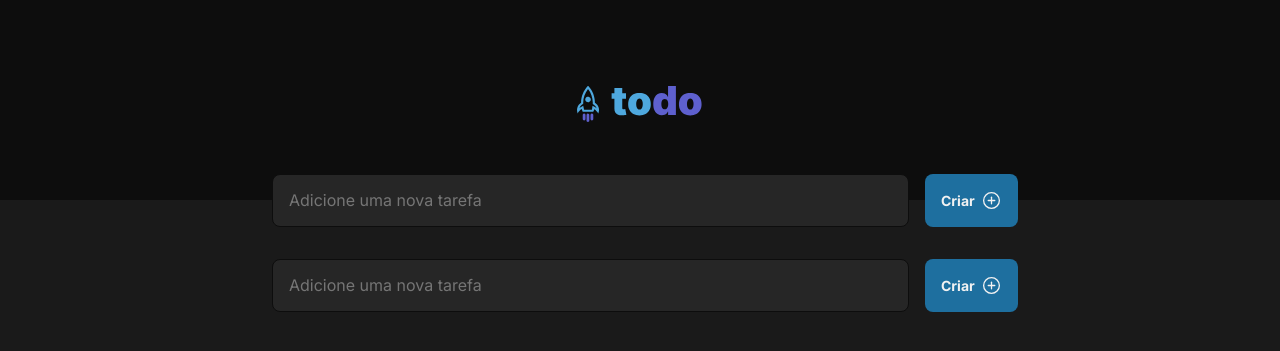
Repository: viniimartins/ToDoListROCKETSEAT
Page: /
An editor plug-in stored every save of this project. The page is shown before and after the next save, followed by the edit.
The browser window is 1280 px wide. The pictures show the whole page.
The project was rebuilt for these pictures with package versions that can differ from the ones it lists, and the page was loaded fresh each time. Also part of the build but not shown: vite.config.ts.

Above is the page before, as saved 2023-05-05 15:23:10.

### index.html
<!DOCTYPE html>
<html lang="en">
  <head>
    <meta charset="UTF-8" />

    <link rel="preconnect" href="https://fonts.googleapis.com" />
    <link rel="preconnect" href="https://fonts.gstatic.com" crossorigin />

    <link rel="icon" type="image/svg+xml" href="/vite.svg" />
    <meta name="viewport" content="width=device-width, initial-scale=1.0" />
    <title>Vite + React + TS</title>

    <link
      href="https://fonts.googleapis.com/css2?family=Inter:wght@400;700&display=swap"
      rel="stylesheet"
    />
  </head>
  <body>
    <div id="root"></div>
    <script type="module" src="/src/main.tsx"></script>
  </body>
</html>

### src/App.tsx
import { Header } from "./Components/Header";
import { AddTask } from "./Components/AddTask";

import styles from "./App.module.css";
import "./global.css";

export function App() {
  return (
    <>
      <div>
        <Header />

        <main className={styles.wrapper}>
          <AddTask />
          <AddTask />
        </main>
      </div>
    </>
  );
}

### src/Components/Header.tsx
import styles from "./Header.module.css";
import Logo from "../assets/Logo.svg";

export function Header() {
  return (
    <>
      <header className={styles.header}>
        <img src={Logo} />
      </header>
    </>
  );
}

### src/Components/AddTask.tsx
import { PlusCircle } from "phosphor-react";
import styles from "./AddTask.module.css";

export function AddTask() {
  return (
    <div className={styles.inputs}>
      <input
        className={styles.inputText}
        type="text"
        placeholder="Adicione uma nova tarefa"
      />
      <button className={styles.Button}>
        <span className={styles.ButtonText}>Criar</span>
        <PlusCircle size={21} />
      </button>
    </div>
  );
}

### src/App.module.css
.wrapper {
  max-width: 46rem;
  margin: -1.656rem auto;

  display: grid;
  grid-template-columns: 1fr;
  gap: 2rem;
  align-items: flex-start;

}

### src/global.css
:root {
  --white: #fff;

  --gray-100: #f2f2f2;
  --gray-200: #d9d9d9;
  --gray-300: #808080;
  --gray-400: #333333;
  --gray-500: #262626;
  --gray-600: #1a1a1a;
  --gray-700: #0d0d0d;

  --purble: #8284fa;
  --purbleDark: #5e60ce;

  --blue: #4ea8de;
  --blueDark: #1E6F9F;

  --darger: #e25858;
}

:focus {
  outline: transparent;
  box-shadow: 0 0 0 2px var(--purbleDark);
}

* {
  margin: 0;
  padding: 0;
  box-sizing: border-box;
}

body {
  background: var(--gray-600);
  color: var(--gray-100);
  -webkit-font-smoothing: antialiased;
}

body,
input,
textarea,
button {
  font-family: "Inter", sans-serif;
  font-weight: 400;
  font-size: 1rem;
}

### src/Components/Header.module.css
.header {
  height: 12.5rem;
  background-color: var(--gray-700);
  display: flex;
  justify-content: center;
  align-items: center;
}

.header img {
  width: 7.875rem;
  height: 3rem;
}

### src/Components/AddTask.module.css
.inputs {
  display: flex;
  gap: 1rem;
}

.inputText {
  width: 39.813rem;
  height: 3.313rem;

  border-radius: 0.5rem;
  padding: 1rem;
  border: 1px solid var(--gray-700);

  font-weight: 400;
  font-size: 1rem;
  background-color: var(--gray-500);
}

.Button {
  display: flex;
  align-items: center;

  background-color: var(--blueDark);
  color: var(--gray-100);

  border: none;
  border-radius: 0.5rem;
  padding: 1rem;
  cursor: pointer;
  gap: 0.4rem;

  font-weight: 700;
  font-size: 0.875rem;
}

.Button:hover {
  background: var(--blue);
}

Loaded but not shown: src/main.tsx (common file)

After the next save:
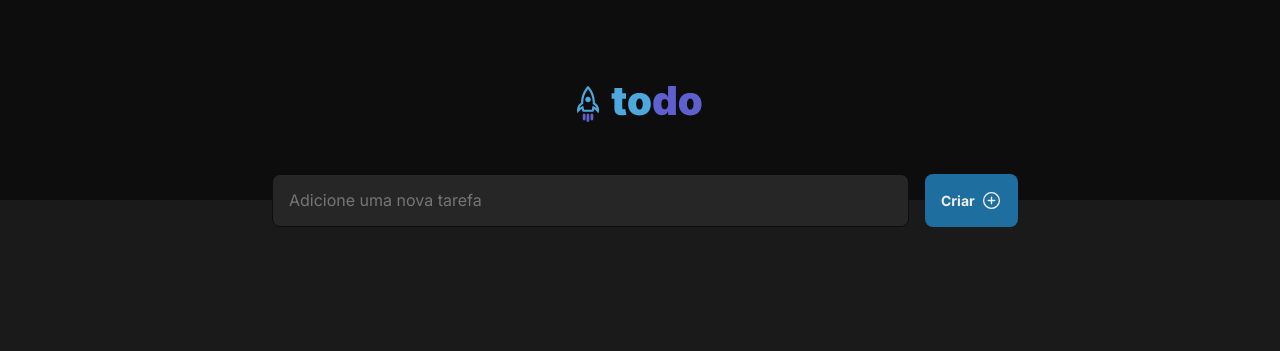
Saved 12 s later.
--- a/src/App.tsx
+++ b/src/App.tsx
@@ -12,7 +12,6 @@ export function App() {
 
         <main className={styles.wrapper}>
           <AddTask />
-          <AddTask />
         </main>
       </div>
     </>
